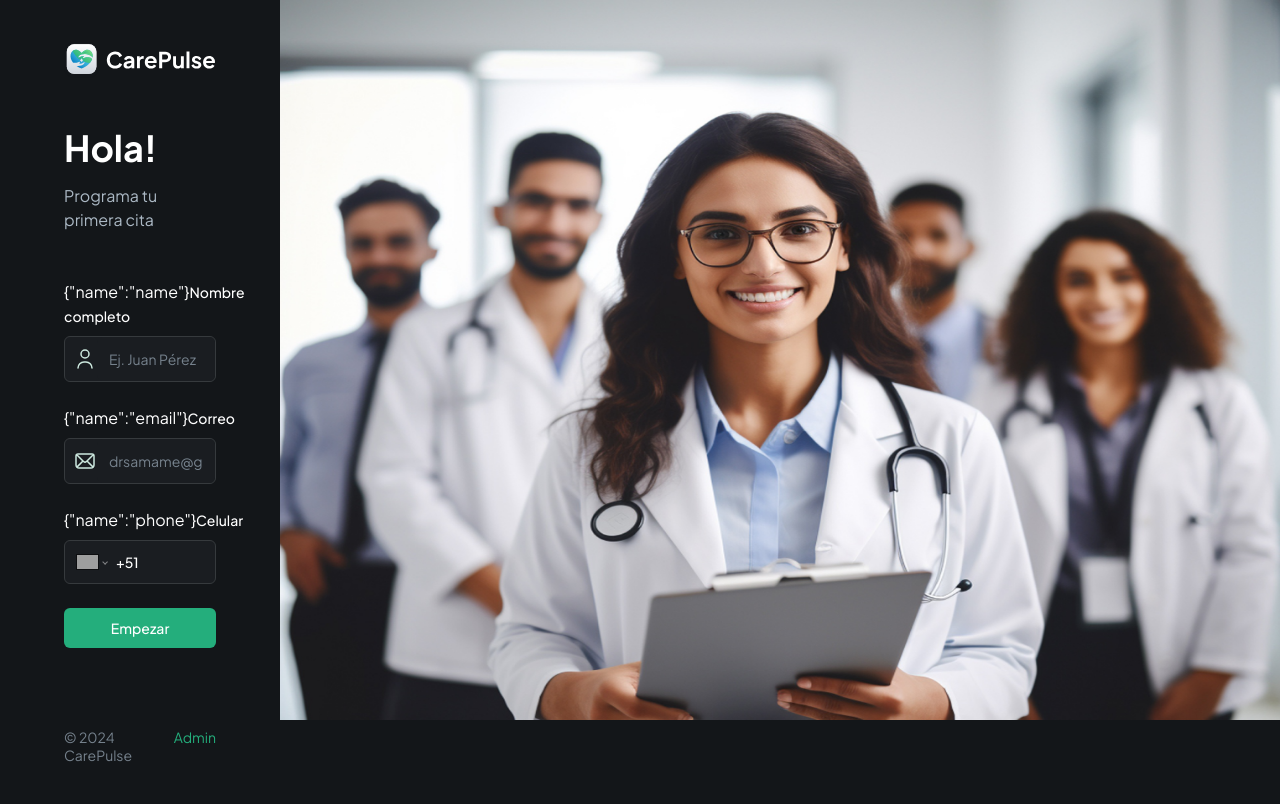
Repository: drsamame/healtcare
Page: /
The author's editor kept a copy of each file at every save. The page is drawn from the files as they stood at one save, then again after the next save.
The browser window is 1280 px wide. The pictures show the whole page.
Pictures or frames that could not be fetched are drawn as grey boxes. The project was rebuilt for these pictures with package versions that can differ from the ones it lists, and the page was loaded fresh each time. The framework's server and built-in components were replaced by stand-ins that run in the browser. Also part of the build but not shown: next.config.mjs.

Above is the page before, as saved 2024-07-09 17:10:41.

### app/layout.tsx
import type { Metadata } from 'next';
import { Plus_Jakarta_Sans } from 'next/font/google';
import { ThemeProvider } from "@/components/ui/theme-provider"
import './globals.css';

import { cn } from '@/lib/utils';

const fontSans = Plus_Jakarta_Sans({
	subsets: ['latin'],
	weight: ['300', '400', '500', '600', '700'],
	variable: '--font-sans',
});

export const metadata: Metadata = {
	title: 'CarePulse',
	description: 'Un sistema de cuidado de la salud en tiempo real',
};

export default function RootLayout({
	children,
}: Readonly<{
	children: React.ReactNode;
}>) {
	return (
		<html lang="es" suppressHydrationWarning>
			<body
				className={cn(
					'min-h-screen bg-dark-300 font-sans antialiased',
					fontSans.variable
				)}
			>
				<ThemeProvider
					attribute="class"
					defaultTheme="dark"
					enableSystem
					disableTransitionOnChange
				>
					{children}
				</ThemeProvider>
			</body>
		</html>
	);
}

### app/page.tsx
import PatientForm from '@/components/forms/PatientForm';
import Image from 'next/image';
import Link from 'next/link';

export default function Home() {
	return (
		<div className="flex h-screen max-h-screen">
			<section className="remove-scrollbar container my-auto">
				<div className="sub-container max-w-[496px]">
					<Image
						alt="patient"
						src="/assets/icons/logo-full.svg"
						height={1000}
						width={1000}
						className="mb-12 h-10 w-fit"
					></Image>
					<PatientForm />
					<div className="text-14-regular mt-20 flex justify-between">
						<p className="justify-items-end text-dark-600 xl:text-left">
							© 2024 CarePulse{' '}
						</p>
						<Link href="/?admin=true" className="text-green-500">
							Admin
						</Link>
					</div>
				</div>
			</section>

			<Image
				src="/assets/images/onboarding-img.png"
				width={1000}
				height={1000}
				alt="patient"
			></Image>
		</div>
	);
}

### components/forms/PatientForm.tsx
'use client';
import { zodResolver } from '@hookform/resolvers/zod';
import { useForm } from 'react-hook-form';
import { z } from 'zod';
import { Form } from '@/components/ui/form';
import CustomFormField from '../CustomFormField';
import SubmitButton from '../SubmitButton';
import { useState } from 'react';

export enum FormFieldType {
	INPUT = 'input',
	CHECKBOX = 'checkbox',
	TEXTAREA = 'textarea',
	PHONE = 'phone',
	DATEPICKER = 'datepicker',
	SELECT = 'select',
	SKELETON = 'skeleton',
}

const formSchema = z.object({
	username: z.string().min(2, {
		message: 'Username must be at least 2 characters.',
	}),
});

const PatientForm = () => {
	const [isLoading, setIsLoading] = useState(false);

	const form = useForm<z.infer<typeof formSchema>>({
		resolver: zodResolver(formSchema),
		defaultValues: {
			username: '',
		},
	});

	// 2. Define a submit handler.
	function onSubmit(values: z.infer<typeof formSchema>) {
		console.log(values);
	}
	return (
		<Form {...form}>
			<form onSubmit={form.handleSubmit(onSubmit)} className="space-y-6 flex-1">
				<section className="mb-12 space-y-4">
					<h1 className="header">Hola!</h1>
					<p className="text-dark-700">Programa tu primera cita</p>
				</section>
				<CustomFormField
					fieldType={FormFieldType.INPUT}
					control={form.control}
					name="name"
					label="Nombre completo"
					placeholder="Ej. Juan Pérez"
					iconSrc="/assets/icons/user.svg"
					iconAlt="user"
				/>
				<CustomFormField
					fieldType={FormFieldType.INPUT}
					control={form.control}
					name="email"
					label="Correo"
					placeholder="drsamame@gmail.com"
					iconSrc="/assets/icons/email.svg"
					iconAlt="email"
				/>
				<CustomFormField
					fieldType={FormFieldType.PHONE}
					control={form.control}
					name="phone"
					label="Celular"
					placeholder="955061182"
					iconSrc="/assets/icons/email.svg"
					iconAlt="email"
				/>
				<SubmitButton isLoading={isLoading}>Empezar</SubmitButton>
			</form>
		</Form>
	);
};

export default PatientForm;

### components/ui/form.tsx
"use client"

import * as React from "react"
import * as LabelPrimitive from "@radix-ui/react-label"
import { Slot } from "@radix-ui/react-slot"
import {
  Controller,
  ControllerProps,
  FieldPath,
  FieldValues,
  FormProvider,
  useFormContext,
} from "react-hook-form"

import { cn } from "@/lib/utils"
import { Label } from "@/components/ui/label"

const Form = FormProvider

type FormFieldContextValue<
  TFieldValues extends FieldValues = FieldValues,
  TName extends FieldPath<TFieldValues> = FieldPath<TFieldValues>
> = {
  name: TName
}

const FormFieldContext = React.createContext<FormFieldContextValue>(
  {} as FormFieldContextValue
)

const FormField = <
  TFieldValues extends FieldValues = FieldValues,
  TName extends FieldPath<TFieldValues> = FieldPath<TFieldValues>
>({
  ...props
}: ControllerProps<TFieldValues, TName>) => {
  return (
    <FormFieldContext.Provider value={{ name: props.name }}>
      <Controller {...props} />
    </FormFieldContext.Provider>
  )
}

const useFormField = () => {
  const fieldContext = React.useContext(FormFieldContext)
  const itemContext = React.useContext(FormItemContext)
  const { getFieldState, formState } = useFormContext()

  const fieldState = getFieldState(fieldContext.name, formState)

  if (!fieldContext) {
    throw new Error("useFormField should be used within <FormField>")
  }

  const { id } = itemContext

  return {
    id,
    name: fieldContext.name,
    formItemId: `${id}-form-item`,
    formDescriptionId: `${id}-form-item-description`,
    formMessageId: `${id}-form-item-message`,
    ...fieldState,
  }
}

type FormItemContextValue = {
  id: string
}

const FormItemContext = React.createContext<FormItemContextValue>(
  {} as FormItemContextValue
)

const FormItem = React.forwardRef<
  HTMLDivElement,
  React.HTMLAttributes<HTMLDivElement>
>(({ className, ...props }, ref) => {
  const id = React.useId()

  return (
    <FormItemContext.Provider value={{ id }}>
      <div ref={ref} className={cn("space-y-2", className)} {...props} />
    </FormItemContext.Provider>
  )
})
FormItem.displayName = "FormItem"

const FormLabel = React.forwardRef<
  React.ElementRef<typeof LabelPrimitive.Root>,
  React.ComponentPropsWithoutRef<typeof LabelPrimitive.Root>
>(({ className, ...props }, ref) => {
  const { error, formItemId } = useFormField()

  return (
    <Label
      ref={ref}
      className={cn(error && "text-destructive", className)}
      htmlFor={formItemId}
      {...props}
    />
  )
})
FormLabel.displayName = "FormLabel"

const FormControl = React.forwardRef<
  React.ElementRef<typeof Slot>,
  React.ComponentPropsWithoutRef<typeof Slot>
>(({ ...props }, ref) => {
  const { error, formItemId, formDescriptionId, formMessageId } = useFormField()

  return (
    <Slot
      ref={ref}
      id={formItemId}
      aria-describedby={
        !error
          ? `${formDescriptionId}`
          : `${formDescriptionId} ${formMessageId}`
      }
      aria-invalid={!!error}
      {...props}
    />
  )
})
FormControl.displayName = "FormControl"

const FormDescription = React.forwardRef<
  HTMLParagraphElement,
  React.HTMLAttributes<HTMLParagraphElement>
>(({ className, ...props }, ref) => {
  const { formDescriptionId } = useFormField()

  return (
    <p
      ref={ref}
      id={formDescriptionId}
      className={cn("text-sm text-muted-foreground", className)}
      {...props}
    />
  )
})
FormDescription.displayName = "FormDescription"

const FormMessage = React.forwardRef<
  HTMLParagraphElement,
  React.HTMLAttributes<HTMLParagraphElement>
>(({ className, children, ...props }, ref) => {
  const { error, formMessageId } = useFormField()
  const body = error ? String(error?.message) : children

  if (!body) {
    return null
  }

  return (
    <p
      ref={ref}
      id={formMessageId}
      className={cn("text-sm font-medium text-destructive", className)}
      {...props}
    >
      {body}
    </p>
  )
})
FormMessage.displayName = "FormMessage"

export {
  useFormField,
  Form,
  FormItem,
  FormLabel,
  FormControl,
  FormDescription,
  FormMessage,
  FormField,
}

### components/CustomFormField.tsx
'use client';
import React from 'react';

import {
	FormControl,
	FormDescription,
	FormField,
	FormItem,
	FormLabel,
	FormMessage,
} from '@/components/ui/form';
import { Input } from '@/components/ui/input';
import { Control } from 'react-hook-form';
import { FormFieldType } from './forms/PatientForm';
import Image from 'next/image';
import 'react-phone-number-input/style.css';
import PhoneInput, { type Value } from 'react-phone-number-input';

interface Props {
	control: Control<any>;
	fieldType: FormFieldType;
	name: string;
	label?: string;
	placeholtder?: string;
	iconSrc?: string;
	iconAlt?: string;
	disabled?: boolean;
	dateFormat?: string;
	showTimeSelect?: boolean;
	children?: React.ReactNode;
	placeholder: string;
	renderSkeleton?: (field: any) => React.ReactNode;
}

const RenderField = ({ field, props }: { field: any; props: Props }) => {
	const { fieldType, iconSrc, iconAlt, placeholder } = props;
	switch (fieldType) {
		case FormFieldType.INPUT:
			return (
				<div className="flex rounded-md border border-dark-500 bg-dark-400">
					{iconSrc && (
						<Image
							src={iconSrc}
							height={24}
							alt={iconAlt || 'icon'}
							width={24}
							className="ml-2"
						/>
					)}
					<FormControl>
						<Input
							placeholder={placeholder}
							{...field}
							className="shad-input border-0"
						></Input>
					</FormControl>
				</div>
			);
		case FormFieldType.PHONE:
			return (
				<FormControl>
					<PhoneInput
						placeholder={placeholder}
						defaultCountry="PE"
						international
						withCountryCallingCode
						value={field.value as Value | undefined}
						onChange={field.onChange}
						className="input-phone"
					/>
				</FormControl>
			);
		default:
			break;
	}
	return <Input type="text" placeholder="Ej. Juan Pérez" />;
};

function CustomFormField(props: Props) {
	const { control, fieldType, name, label } = props;
	return (
		<FormField
			control={control}
			name={name}
			render={({ field }) => (
				<FormItem>
					{JSON.stringify(field)}
					{fieldType !== FormFieldType.CHECKBOX && label && (
						<FormLabel htmlFor={name}>{label}</FormLabel>
					)}
					<RenderField field={field} props={props}></RenderField>
					<FormMessage className="shad-error" />
				</FormItem>
			)}
		/>
	);
}

export default CustomFormField;

### components/SubmitButton.tsx
import React from 'react';
import { Button } from '@/components/ui/button';
import Image from 'next/image';

interface Props {
	isLoading: boolean;
	className?: string;
	children: React.ReactNode;
}

function SubmitButton({ isLoading, className, children }: Props) {
	return (
		<Button
			type="submit"
			disabled={isLoading}
			className={className ?? 'shad-primary-btn w-full'}
		>
			{isLoading ? (
				<div className="flex items-center gap-4 ">
					<Image
						src="/assets/icons/spinner.svg"
						alt="loader"
                        width={24}
                        height={24}
						className="animate-spin"
					>
						Loading...
					</Image>
				</div>
			) : (
				children
			)}
		</Button>
	);
}

export default SubmitButton;

### components/ui/label.tsx
"use client"

import * as React from "react"
import * as LabelPrimitive from "@radix-ui/react-label"
import { cva, type VariantProps } from "class-variance-authority"

import { cn } from "@/lib/utils"

const labelVariants = cva(
  "text-sm font-medium leading-none peer-disabled:cursor-not-allowed peer-disabled:opacity-70"
)

const Label = React.forwardRef<
  React.ElementRef<typeof LabelPrimitive.Root>,
  React.ComponentPropsWithoutRef<typeof LabelPrimitive.Root> &
    VariantProps<typeof labelVariants>
>(({ className, ...props }, ref) => (
  <LabelPrimitive.Root
    ref={ref}
    className={cn(labelVariants(), className)}
    {...props}
  />
))
Label.displayName = LabelPrimitive.Root.displayName

export { Label }

### components/ui/input.tsx
import * as React from "react"

import { cn } from "@/lib/utils"

export interface InputProps
  extends React.InputHTMLAttributes<HTMLInputElement> {}

const Input = React.forwardRef<HTMLInputElement, InputProps>(
  ({ className, type, ...props }, ref) => {
    return (
      <input
        type={type}
        className={cn(
          "flex h-10 w-full rounded-md border border-input bg-background px-3 py-2 text-sm ring-offset-background file:border-0 file:bg-transparent file:text-sm file:font-medium placeholder:text-muted-foreground focus-visible:outline-none focus-visible:ring-2 focus-visible:ring-ring focus-visible:ring-offset-2 disabled:cursor-not-allowed disabled:opacity-50",
          className
        )}
        ref={ref}
        {...props}
      />
    )
  }
)
Input.displayName = "Input"

export { Input }

### components/ui/button.tsx
import * as React from "react"
import { Slot } from "@radix-ui/react-slot"
import { cva, type VariantProps } from "class-variance-authority"

import { cn } from "@/lib/utils"

const buttonVariants = cva(
  "inline-flex items-center justify-center whitespace-nowrap rounded-md text-sm font-medium ring-offset-background transition-colors focus-visible:outline-none focus-visible:ring-2 focus-visible:ring-ring focus-visible:ring-offset-2 disabled:pointer-events-none disabled:opacity-50",
  {
    variants: {
      variant: {
        default: "bg-primary text-primary-foreground hover:bg-primary/90",
        destructive:
          "bg-destructive text-destructive-foreground hover:bg-destructive/90",
        outline:
          "border border-input bg-background hover:bg-accent hover:text-accent-foreground",
        secondary:
          "bg-secondary text-secondary-foreground hover:bg-secondary/80",
        ghost: "hover:bg-accent hover:text-accent-foreground",
        link: "text-primary underline-offset-4 hover:underline",
      },
      size: {
        default: "h-10 px-4 py-2",
        sm: "h-9 rounded-md px-3",
        lg: "h-11 rounded-md px-8",
        icon: "h-10 w-10",
      },
    },
    defaultVariants: {
      variant: "default",
      size: "default",
    },
  }
)

export interface ButtonProps
  extends React.ButtonHTMLAttributes<HTMLButtonElement>,
    VariantProps<typeof buttonVariants> {
  asChild?: boolean
}

const Button = React.forwardRef<HTMLButtonElement, ButtonProps>(
  ({ className, variant, size, asChild = false, ...props }, ref) => {
    const Comp = asChild ? Slot : "button"
    return (
      <Comp
        className={cn(buttonVariants({ variant, size, className }))}
        ref={ref}
        {...props}
      />
    )
  }
)
Button.displayName = "Button"

export { Button, buttonVariants }

### tailwind.config.ts
import type { Config } from "tailwindcss";

const { fontFamily } = require("tailwindcss/defaultTheme");

const config = {
  darkMode: ["class"],
  content: [
    "./pages/**/*.{ts,tsx}",
    "./components/**/*.{ts,tsx}",
    "./app/**/*.{ts,tsx}",
    "./src/**/*.{ts,tsx}",
  ],
  prefix: "",
  theme: {
    container: {
      center: true,
      padding: "2rem",
      screens: {
        "2xl": "1400px",
      },
    },
    extend: {
      colors: {
        green: {
          500: "#24AE7C",
          600: "#0D2A1F",
        },
        blue: {
          500: "#79B5EC",
          600: "#152432",
        },
        red: {
          500: "#F37877",
          600: "#3E1716",
          700: "#F24E43",
        },
        light: {
          200: "#E8E9E9",
        },
        dark: {
          200: "#0D0F10",
          300: "#131619",
          400: "#1A1D21",
          500: "#363A3D",
          600: "#76828D",
          700: "#ABB8C4",
        },
      },
      fontFamily: {
        sans: ["var(--font-sans)", ...fontFamily.sans],
      },
      backgroundImage: {
        appointments: "url('/assets/images/appointments-bg.png')",
        pending: "url('/assets/images/pending-bg.png')",
        cancelled: "url('/assets/images/cancelled-bg.png')",
      },
      keyframes: {
        "accordion-down": {
          from: { height: "0" },
          to: { height: "var(--radix-accordion-content-height)" },
        },
        "accordion-up": {
          from: { height: "var(--radix-accordion-content-height)" },
          to: { height: "0" },
        },
        "caret-blink": {
          "0%,70%,100%": { opacity: "1" },
          "20%,50%": { opacity: "0" },
        },
      },
      animation: {
        "accordion-down": "accordion-down 0.2s ease-out",
        "accordion-up": "accordion-up 0.2s ease-out",
        "caret-blink": "caret-blink 1.25s ease-out infinite",
      },
    },
  },
  plugins: [require("tailwindcss-animate")],
} satisfies Config;

export default config;

Loaded but not shown: components/ui/theme-provider.tsx (common file); app/globals.css (common file); lib/utils.ts (common file)

After the next save:
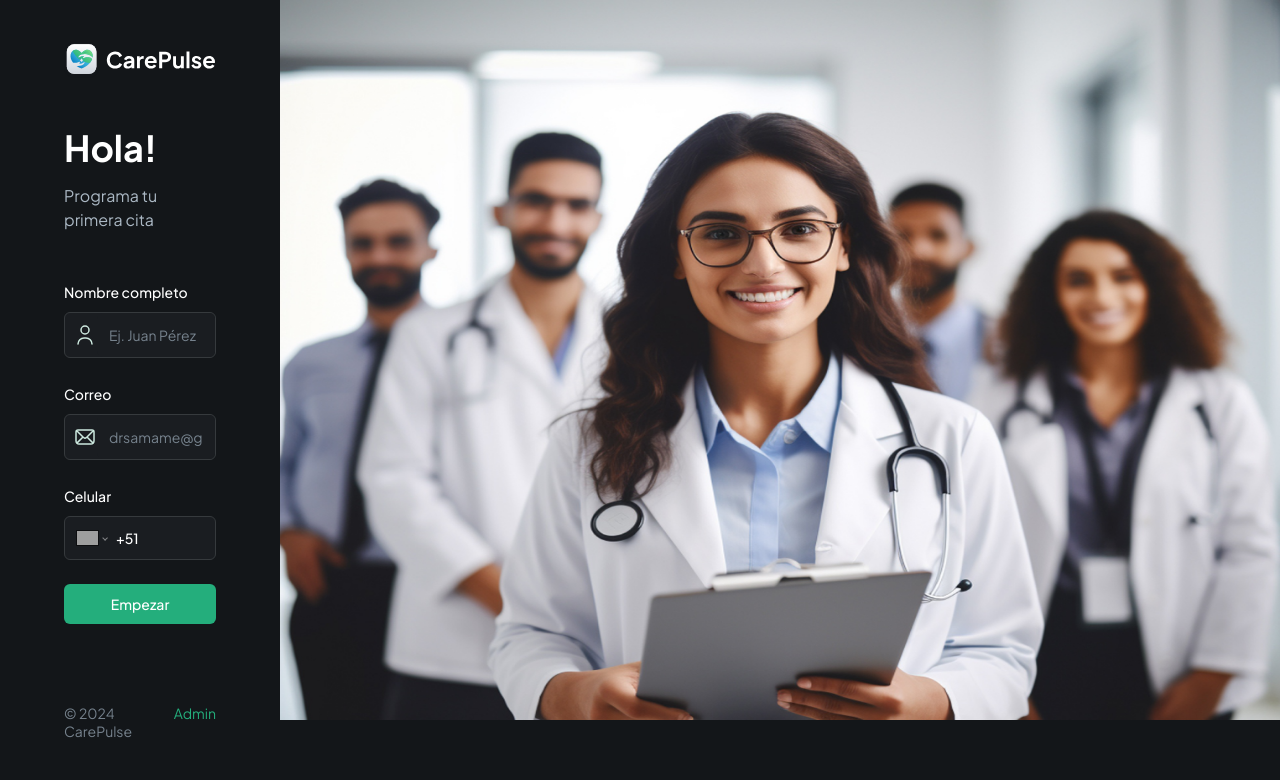
Saved 46 s later.
--- a/components/CustomFormField.tsx
+++ b/components/CustomFormField.tsx
@@ -84,7 +84,6 @@ function CustomFormField(props: Props) {
 			name={name}
 			render={({ field }) => (
 				<FormItem>
-					{JSON.stringify(field)}
 					{fieldType !== FormFieldType.CHECKBOX && label && (
 						<FormLabel htmlFor={name}>{label}</FormLabel>
 					)}
